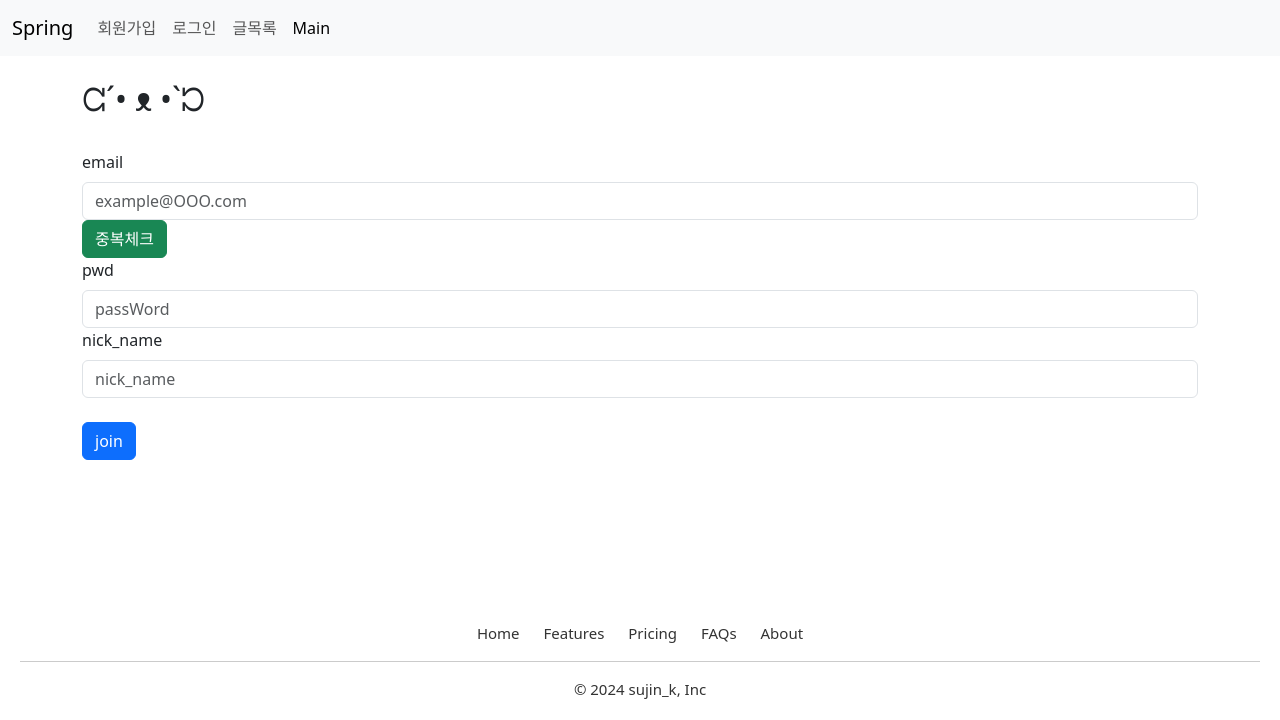
Repository: sujin1221/spring
Page: http://localhost/spring_test2/WEB-INF/views/member/register.jsp
The author's editor kept a copy of each file at every save. The page is drawn from the files as they stood at one save, then again after the next save.
The browser window is 1280 px wide. The pictures show the whole page.
The page is served by Tomcat 9. Nobody is signed in. The template is opened directly, without the code that normally fills it, so the values that code supplies are empty.

Above is the page before, as saved 2024-01-17 01:24:35.
Console error: TypeError: Cannot read properties of null (reading 'addEventListener')

After the next save:
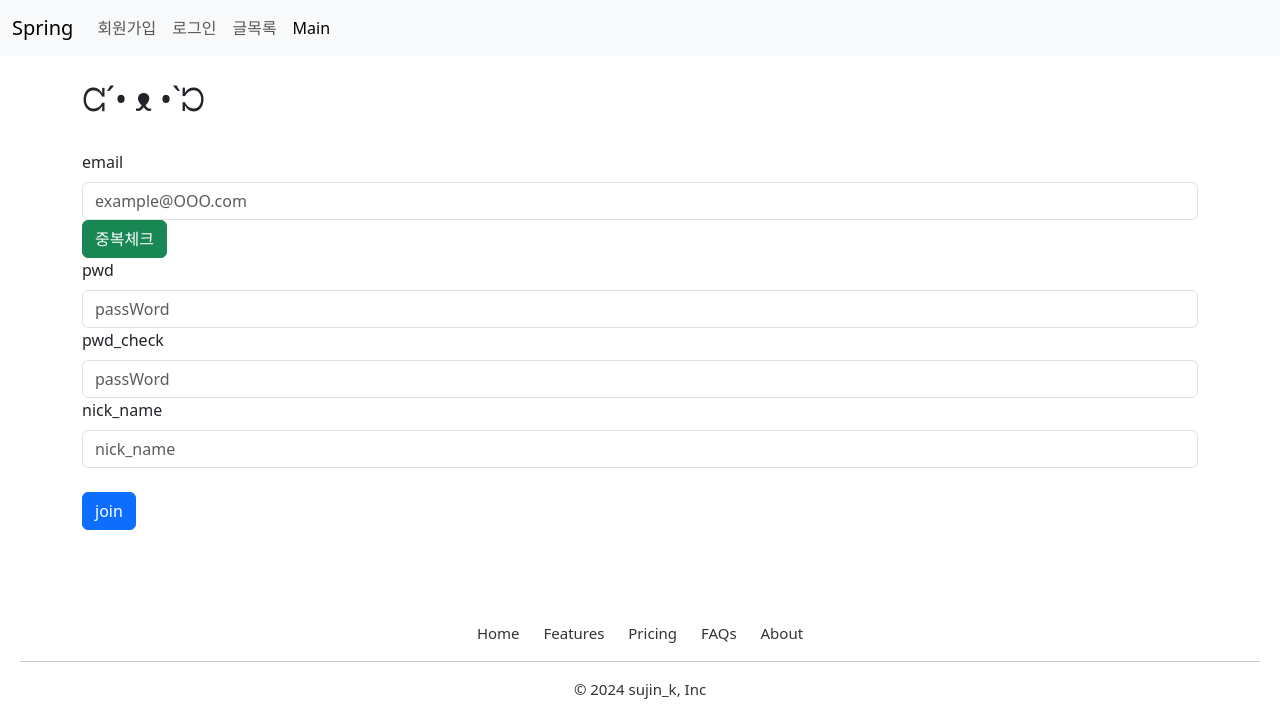
Saved 22 min 47 s later.
--- a/spring_test2/src/main/webapp/WEB-INF/views/member/register.jsp
+++ b/spring_test2/src/main/webapp/WEB-INF/views/member/register.jsp
@@ -24,6 +24,12 @@
 		</div>
 
 		<div class="container-md">
+			<label for="p" class="form-label">pwd_check</label> <input type="password"
+				name="pwd" class="form-control" id="p" placeholder="passWord"
+				required="required">
+		</div>
+
+		<div class="container-md">
 			<label for="n" class="form-label">nick_name</label> <input
 				type="text" name="nickName" class="form-control" id="n"
 				placeholder="nick_name" required="required">
